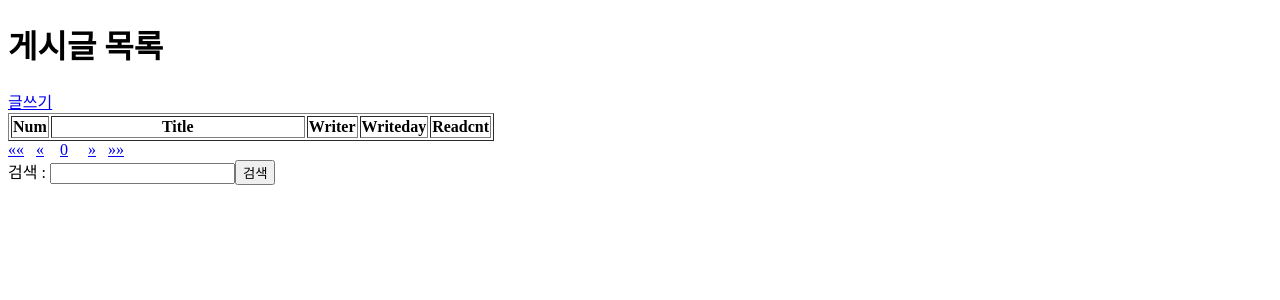
Repository: sanghshlsh/workspace_jsp
Page: http://localhost/Board3/list.jsp
These files come from the project's save history. The page is drawn as it stood at one moment and after the next save; the edit follows.
The browser window is 1280 px wide. The pictures show the whole page.
The page is served by Tomcat 9. Other server files are loaded and not shown. The template is opened directly, without the code that normally fills it, so the values that code supplies are empty.

Above is the page before, as saved 2020-06-09 05:03:23.

### Board3/WebContent/list.jsp
<%@ page language="java" contentType="text/html; charset=UTF-8"
	pageEncoding="UTF-8"%>
<%@ taglib uri="http://java.sun.com/jsp/jstl/core" prefix="c"%>
<%@ taglib uri="http://java.sun.com/jsp/jstl/fmt" prefix="fmt"%>
<%@ taglib uri="http://java.sun.com/jsp/jstl/functions" prefix="fn"%>

<!DOCTYPE html>
<html>
<head>
<meta charset="UTF-8">
<title>Insert title here</title>
</head>
<body>
	<h1>게시글 목록</h1>
	<a href="writeui.do">글쓰기</a>


	<table border="1">
		<thead>
			<tr>
				<th>Num</th>
				<th width="250">Title</th>
				<th>Writer</th>
				<th>Writeday</th>
				<th>Readcnt</th>

			</tr>
		</thead>
		<tbody>
			<c:forEach items="${list }" var="dto">
				<tr>
					<td>${dto.num}</td>
					<td><c:forEach begin="1" end="${dto.repIndent }">&nbsp;</c:forEach>
						<a href="read.do?num=${dto.num}"> ${dto.title}</a></td>
					<td>${dto.writer}</td>
					<td>${dto.writeday}</td>
					<td>${dto.readcnt}</td>

				</tr>

			</c:forEach>



		</tbody>
	</table>
<%--<c:if test="${to.curPage>1 }"> --%>

		<a
			href="list.do?curPage=${to.beginPageNum>10?to.beginPageNum-10:to.beginPageNum }">&laquo;&laquo;</a>
&nbsp;
<a href="list.do?curPage=${to.curPage>1?to.curPage-1:to.curPage}">&laquo;</a>
&nbsp;&nbsp;
<%--</c:if> --%>
	<c:forEach begin="${to.beginPageNum }" end="${to.stopPageNum }"
		var="idx">

		<c:if test="${to.curPage == idx }">
			<a style="font-size: 20px" href="list.do?curPage=${idx }">${idx }</a> &nbsp; &nbsp;
</c:if>

		<c:if test="${to.curPage != idx }">
			<a href="list.do?curPage=${idx }">${idx }</a> &nbsp; &nbsp;
</c:if>

	</c:forEach>
<%--<c:if test="${to.curPage<to.totalPage }"> --%>
		<a
			href="list.do?curPage=${to.curPage<to.totalPage?to.curPage+1:to.curPage}">&raquo;</a>
&nbsp;
<a
			href="list.do?curPage=${to.stopPageNum<to.totalPage?to.stopPageNum+1:to.stopPageNum}">&raquo;&raquo;</a>
	<%--</c:if> --%>

	<form action="search.do?title=">
		검색 : <input type="search" name="title"><input type="submit"
			value="검색">
	</form>









</body>
</html>

After the next save:
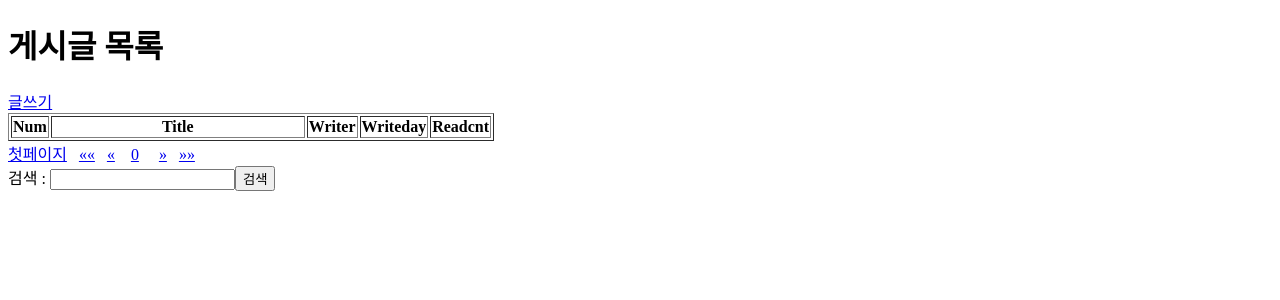
Saved 2 min 22 s later.
--- a/Board3/WebContent/list.jsp
+++ b/Board3/WebContent/list.jsp
@@ -45,7 +45,7 @@
 		</tbody>
 	</table>
 <%--<c:if test="${to.curPage>1 }"> --%>
-
+	<a href="list.do?curPage=1"> 첫페이지</a>&nbsp;&nbsp;
 		<a
 			href="list.do?curPage=${to.beginPageNum>10?to.beginPageNum-10:to.beginPageNum }">&laquo;&laquo;</a>
 &nbsp;
